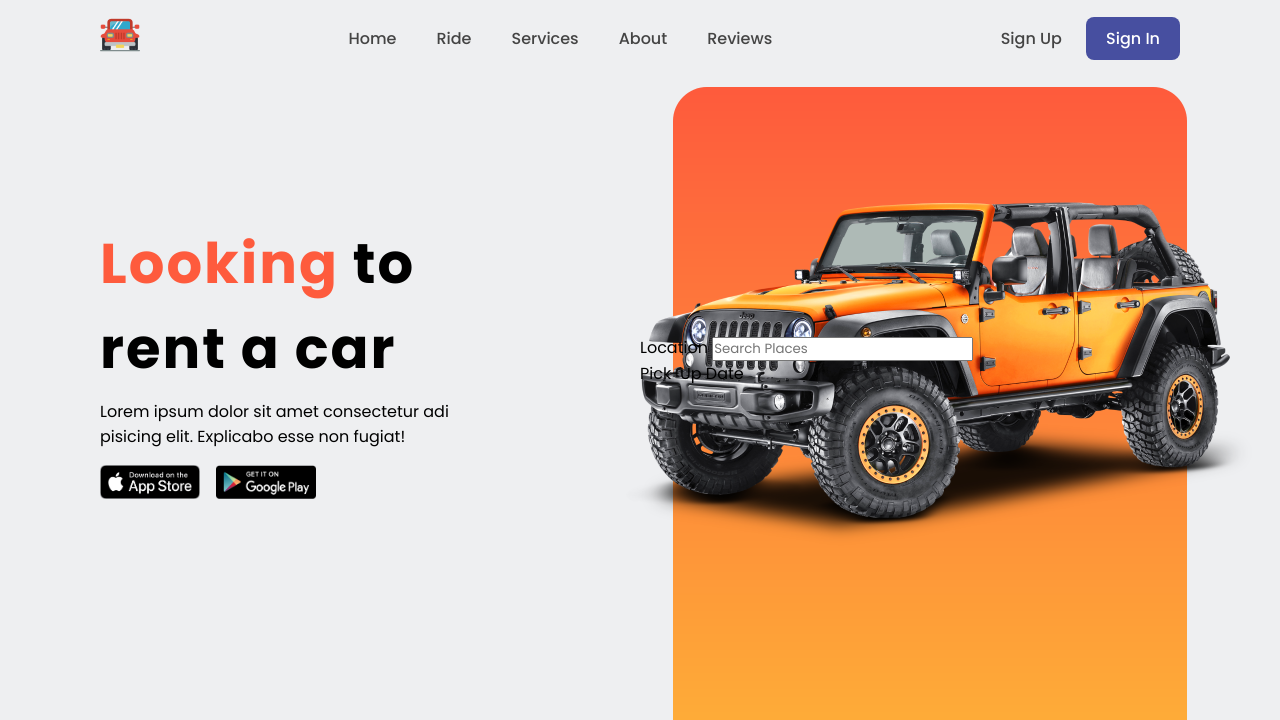
Repository: douglasabnovato/car-rental
Page: index.html
These files come from the project's save history. The page is drawn as it stood at one moment and after the next save; the edit follows.
The browser window is 1280 px wide. The pictures show the whole page.

Above is the page before, as saved 2025-05-16 12:00:28.

### index.html
<!DOCTYPE html>
<html lang="en">
  <head>
    <meta charset="UTF-8" />
    <meta name="viewport" content="width=device-width, initial-scale=1.0" />
    <title>Car Rental</title>
    <link
      rel="stylesheet"
      href="https://cdn.jsdelivr.net/npm/boxicons@latest/css/boxicons.min.css"
    />
    <link rel="stylesheet" href="./style.css" />
  </head>
  <body>
    <!-- Header -->
    <header>
      <a href="#" class="logo"
        ><img src="./assets/jeep.png" alt="logo da car rental" srcset=""
      /></a>
      <div class="bx bx-menu" id="menu-icon"></div>
      <ul class="navbar">
        <li><a href="#home">Home</a></li>
        <li><a href="#ride">Ride</a></li>
        <li><a href="#services">Services</a></li>
        <li><a href="#about">About</a></li>
        <li><a href="#reviews">Reviews</a></li>
      </ul>
      <div class="header-btn">
        <a href="#" class="sign-up">Sign Up</a>
        <a href="#" class="sign-in">Sign In</a>
      </div>
    </header>

    <!-- Home -->
    <section class="home" id="home">
      <div class="text">
        <h1>
          <span>Looking</span> to <br />
          rent a car
        </h1>
        <p>
          Lorem ipsum dolor sit amet consectetur adi <br />
          pisicing elit. Explicabo esse non fugiat!
        </p>
        <div class="app-stores">
          <img src="./assets/ios.png" alt="" />
          <img src="./assets/play.png" alt="" />
        </div>
      </div>
      <div class="form-container">
        <form action="">
          <div class="input-box">
            <span>Location</span>
            <input type="search" name="" id="" placeholder="Search Places" />
          </div>
          <div class="input-box">
            <span>Pick-Up Date</span>
          </div>
        </form>
      </div>
    </section>

    <!-- Link to JS -->
    <script src="./script.js"></script>
  </body>
</html>

### style.css
@import url("https://fonts.googleapis.com/css2?family=Noto+Sans:ital,wght@0,100..900;1,100..900&family=Poppins:ital,wght@0,100;0,200;0,300;0,400;0,500;0,600;0,700;0,800;0,900;1,100;1,200;1,300;1,400;1,500;1,600;1,700;1,800;1,900&display=swap");

* {
  margin: 0;
  padding: 0;
  box-sizing: border-box;
  scroll-padding-top: 2rem;
  scroll-behavior: smooth;
  list-style: none;
  text-decoration: none;
  font-family: "Poppins", sans-serif;
}

:root {
  --main-color: #fe5b3d;
  --second-color: #ffac38;
  --text-color: #444;
  --gradient: linear-gradient(#fe5b3d, #ffac38);
}

html::-webkit-scrollbar {
  width: 0.5rem;
}

html::-webkit-scrollbar-track {
  background: transparent;
}

html::-webkit-scrollbar-thumb {
  background: var(--main-color);
  border-radius: 5rem;
}

section {
  padding: 50px 100px;
}

/* Header */

header {
  position: fixed;
  width: 100%;
  top: 0;
  right: 0;
  z-index: 1000;
  display: flex;
  align-items: center;
  justify-content: space-between;
  background: #eeeff1;
  padding: 15px 100px;
}

.logo img {
  width: 40px;
}

.navbar {
  display: flex;
}

.navbar li {
  position: relative;
}

.navbar a {
  font-size: 1rem;
  padding: 10px 20px;
  color: var(--text-color);
  font-weight: 500;
}

.navbar a:after {
  content: "";
  width: 0;
  height: 3px;
  background: var(--gradient);
  position: absolute;
  bottom: -4px;
  left: 0;
  transition: 0.5s;
}

.navbar a:hover::after {
  width: 100%;
}

#menu-icon {
  font-size: 24px;
  cursor: pointer;
  z-index: 10001;
  display: none;
}

.header-btn a {
  padding: 10px 20px;
  color: var(--text-color);
  font-weight: 500;
}

.header-btn .sign-in {
  background: #474fa0;
  color: #fff;
  border-radius: 0.5rem;
}

.header-btn .sign-in:hover {
  background: var(--main-color);
}

/* Home */
.home {
  width: 100%;
  min-height: 100vh;
  position: relative;
  background: url(./assets/Car\ Website\ –\ 1@2x.png);
  background-repeat: no-repeat;
  background-position: center right;
  background-size: cover;
  display: grid;
  align-items: center;
  grid-template-columns: repeat(2, 1fr);
}

.text h1 {
  font-size: 3.5rem;
  letter-spacing: 2px;
}

.text span {
  color: var(--main-color);
}

.text p {
  margin: 0.5rem 0 1rem;
}

.app-stores {
    display: flex;
}

.app-stores img {
    width: 100px;
    margin-right: 1rem;
    cursor: pointer;
}

Loaded but not shown: script.js (no stored copy; drawn as an empty file)

After the next save:
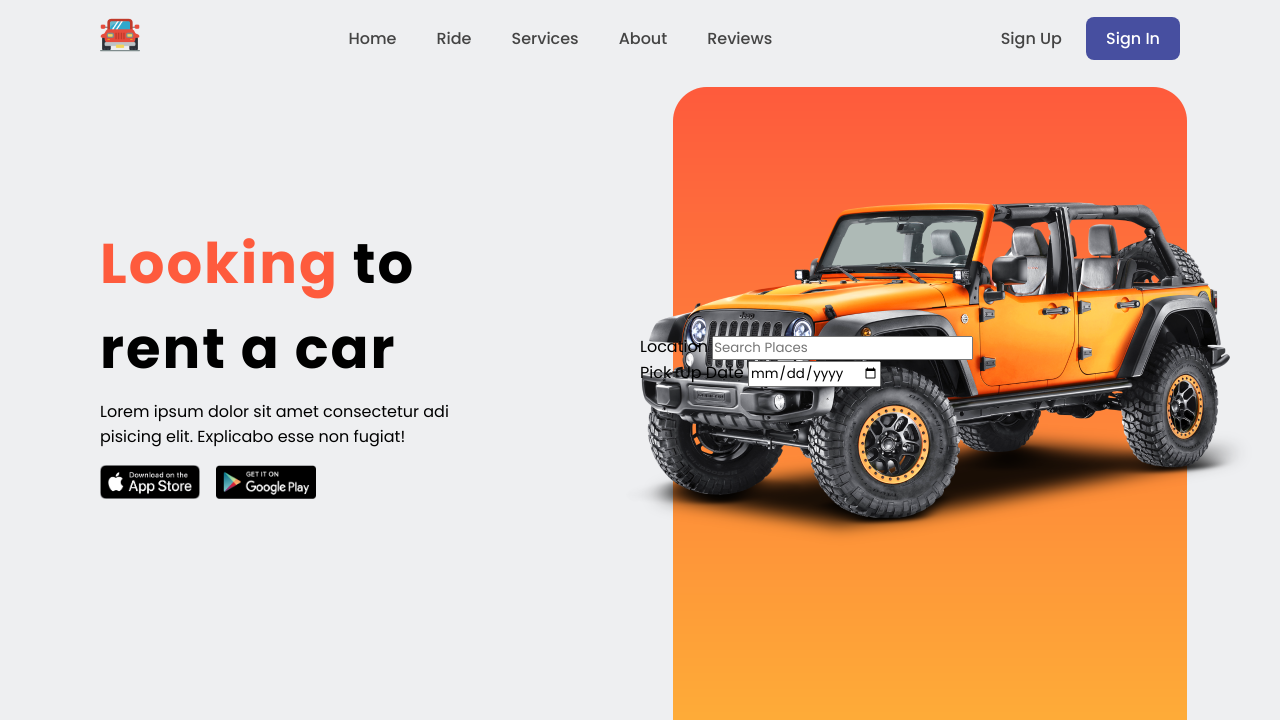
Saved 75 s later.
--- a/index.html
+++ b/index.html
@@ -54,6 +54,7 @@
           </div>
           <div class="input-box">
             <span>Pick-Up Date</span>
+            <input type="date" name="" id="" />
           </div>
         </form>
       </div>
